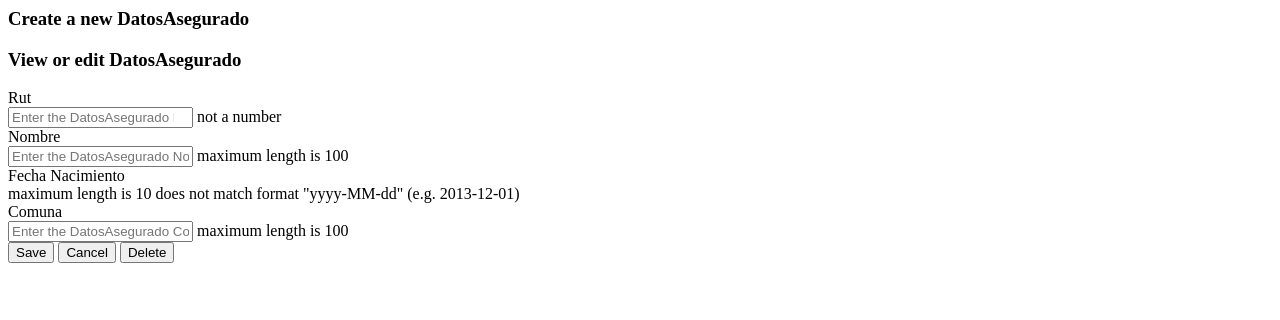
Repository: PabloRPalma/SistemaVentaSeguros
Page: Cotizador/src/main/webapp/views/DatosAsegurado/detail.html
An editor plug-in stored every save of this project. The page is shown before and after the next save, followed by the edit.
The browser window is 1280 px wide. The pictures show the whole page.

Above is the page before, as saved 2021-02-05 10:37:20.

After the next save:
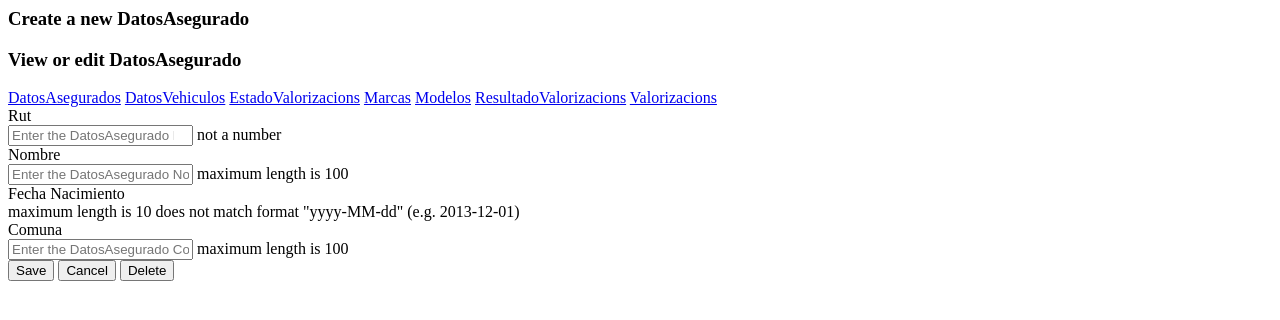
Saved 5 min 52 s later.
--- a/Cotizador/src/main/webapp/views/DatosAsegurado/detail.html
+++ b/Cotizador/src/main/webapp/views/DatosAsegurado/detail.html
@@ -3,6 +3,17 @@
     <h3 ng-switch-when="false">View or edit DatosAsegurado</h3>
 </header>
 <form id="DatosAseguradoForm" name="DatosAseguradoForm" class="form-horizontal" role="form">
+                        <nav class="sidebar-nav" ng-controller="NavController" role="navigation">
+                        <div id="sidebar-entries" class="list-group">
+                        	<a class="list-group-item" ng-class="{active: matchesRoute('DatosAsegurados')}" href="#/DatosAsegurados" data-toggle="offcanvas">DatosAsegurados</a>
+                        	<a class="list-group-item" ng-class="{active: matchesRoute('DatosVehiculos')}" href="#/DatosVehiculos" data-toggle="offcanvas">DatosVehiculos</a>
+                        	<a class="list-group-item" ng-class="{active: matchesRoute('EstadoValorizacions')}" href="#/EstadoValorizacions" data-toggle="offcanvas">EstadoValorizacions</a>
+                        	<a class="list-group-item" ng-class="{active: matchesRoute('Marcas')}" href="#/Marcas" data-toggle="offcanvas">Marcas</a>
+                        	<a class="list-group-item" ng-class="{active: matchesRoute('Modelos')}" href="#/Modelos" data-toggle="offcanvas">Modelos</a>
+                        	<a class="list-group-item" ng-class="{active: matchesRoute('ResultadoValorizacions')}" href="#/ResultadoValorizacions" data-toggle="offcanvas">ResultadoValorizacions</a>
+                        	<a class="list-group-item" ng-class="{active: matchesRoute('Valorizacions')}" href="#/Valorizacions" data-toggle="offcanvas">Valorizacions</a>
+                        </div>
+                    </nav>
 
     <div class="form-group" ng-class="{'has-error': DatosAseguradoForm.rut.$invalid}">
         <label for="rut" class="col-sm-2 control-label">Rut</label>

After the save that followed:
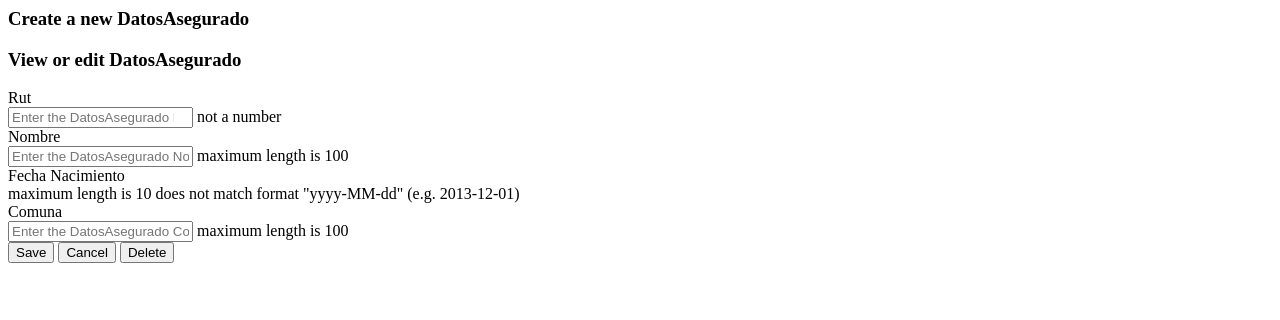
Saved 86 s later.
--- a/Cotizador/src/main/webapp/views/DatosAsegurado/detail.html
+++ b/Cotizador/src/main/webapp/views/DatosAsegurado/detail.html
@@ -3,17 +3,6 @@
     <h3 ng-switch-when="false">View or edit DatosAsegurado</h3>
 </header>
 <form id="DatosAseguradoForm" name="DatosAseguradoForm" class="form-horizontal" role="form">
-                        <nav class="sidebar-nav" ng-controller="NavController" role="navigation">
-                        <div id="sidebar-entries" class="list-group">
-                        	<a class="list-group-item" ng-class="{active: matchesRoute('DatosAsegurados')}" href="#/DatosAsegurados" data-toggle="offcanvas">DatosAsegurados</a>
-                        	<a class="list-group-item" ng-class="{active: matchesRoute('DatosVehiculos')}" href="#/DatosVehiculos" data-toggle="offcanvas">DatosVehiculos</a>
-                        	<a class="list-group-item" ng-class="{active: matchesRoute('EstadoValorizacions')}" href="#/EstadoValorizacions" data-toggle="offcanvas">EstadoValorizacions</a>
-                        	<a class="list-group-item" ng-class="{active: matchesRoute('Marcas')}" href="#/Marcas" data-toggle="offcanvas">Marcas</a>
-                        	<a class="list-group-item" ng-class="{active: matchesRoute('Modelos')}" href="#/Modelos" data-toggle="offcanvas">Modelos</a>
-                        	<a class="list-group-item" ng-class="{active: matchesRoute('ResultadoValorizacions')}" href="#/ResultadoValorizacions" data-toggle="offcanvas">ResultadoValorizacions</a>
-                        	<a class="list-group-item" ng-class="{active: matchesRoute('Valorizacions')}" href="#/Valorizacions" data-toggle="offcanvas">Valorizacions</a>
-                        </div>
-                    </nav>
 
     <div class="form-group" ng-class="{'has-error': DatosAseguradoForm.rut.$invalid}">
         <label for="rut" class="col-sm-2 control-label">Rut</label>
